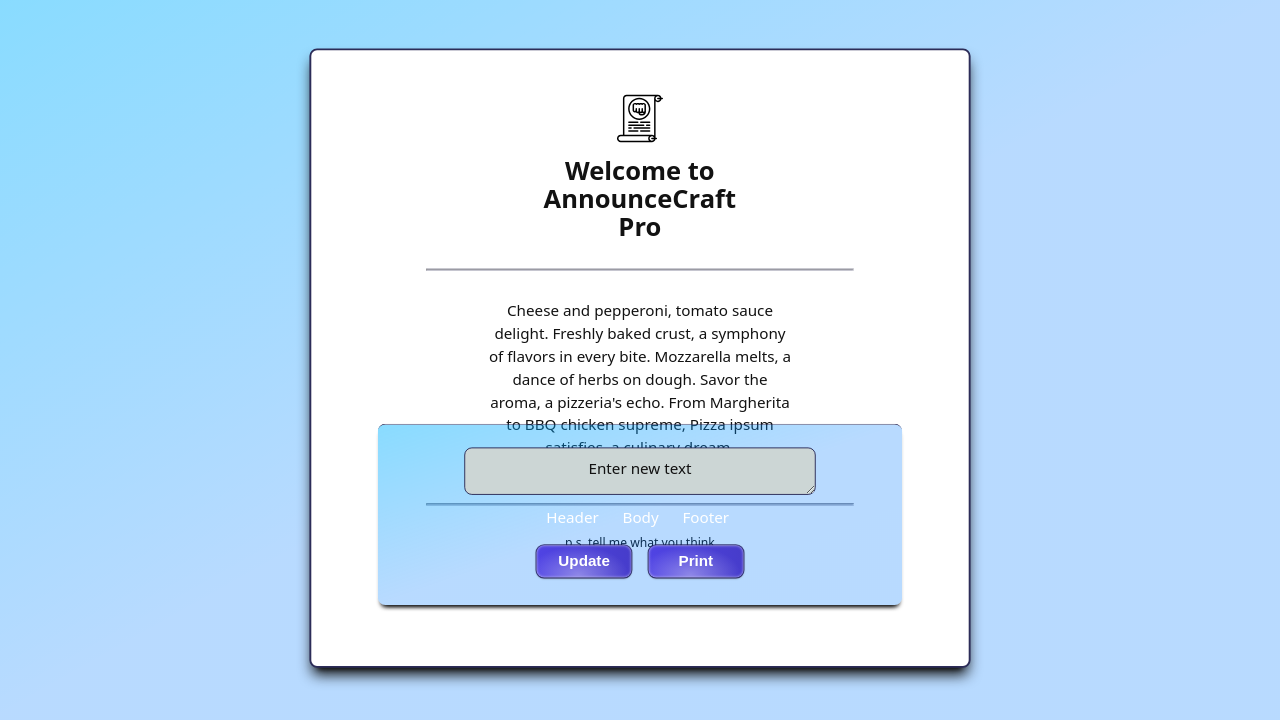
Repository: Freezler/AnnounceCraft
Page: index.html
The author's editor kept a copy of each file at every save. The page is drawn from the files as they stood at one save, then again after the next save.
The browser window is 1280 px wide. The pictures show the whole page.

Above is the page before, as saved 2024-01-22 21:06:26.

After the next save:
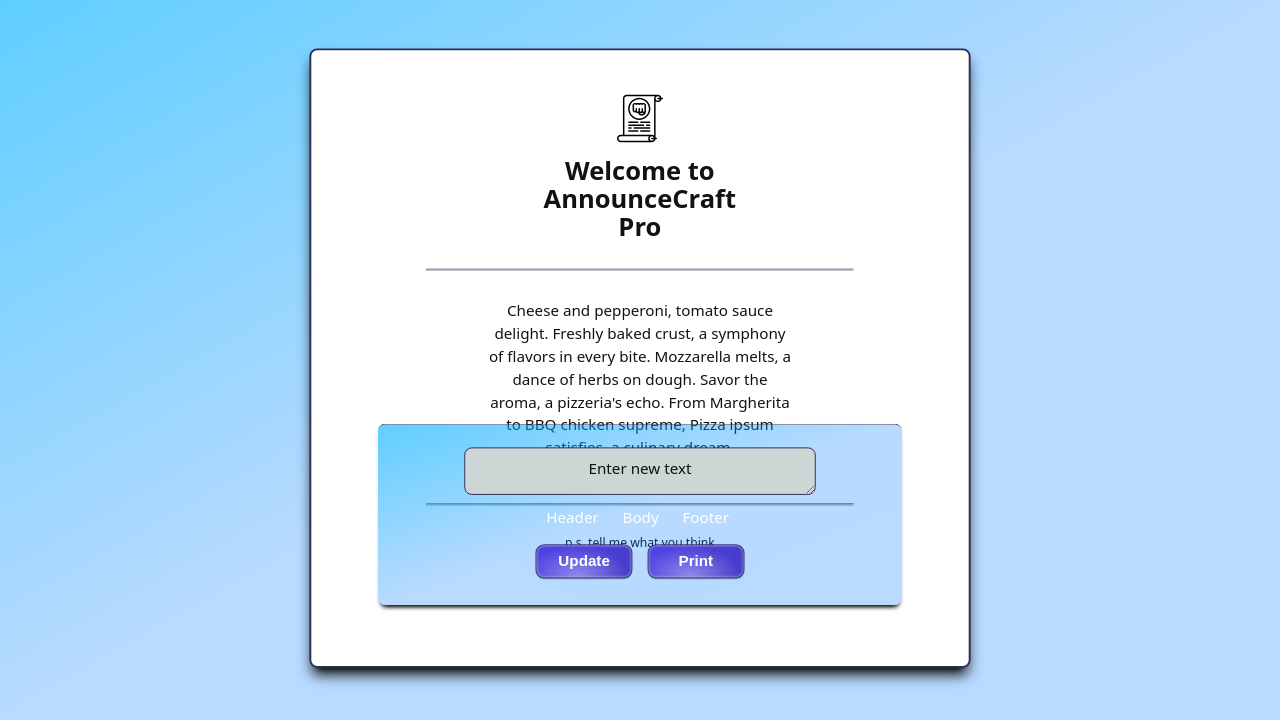
Saved 11 s later.
--- a/style.css
+++ b/style.css
@@ -12,7 +12,7 @@
     --secondary: rgb(0, 255, 76);
     --polkadot-pink: #e6007a;
     --polkadot-purple: #552BBF;
-    --polkadot-cyan: hsla(198, 100%, 50%, 0.463);
+    --polkadot-cyan: hsla(198, 100%, 50%, 0.63);
     --polkadot-lime: #D3FF33;
     --polkadot-green: #56F39A;
 
